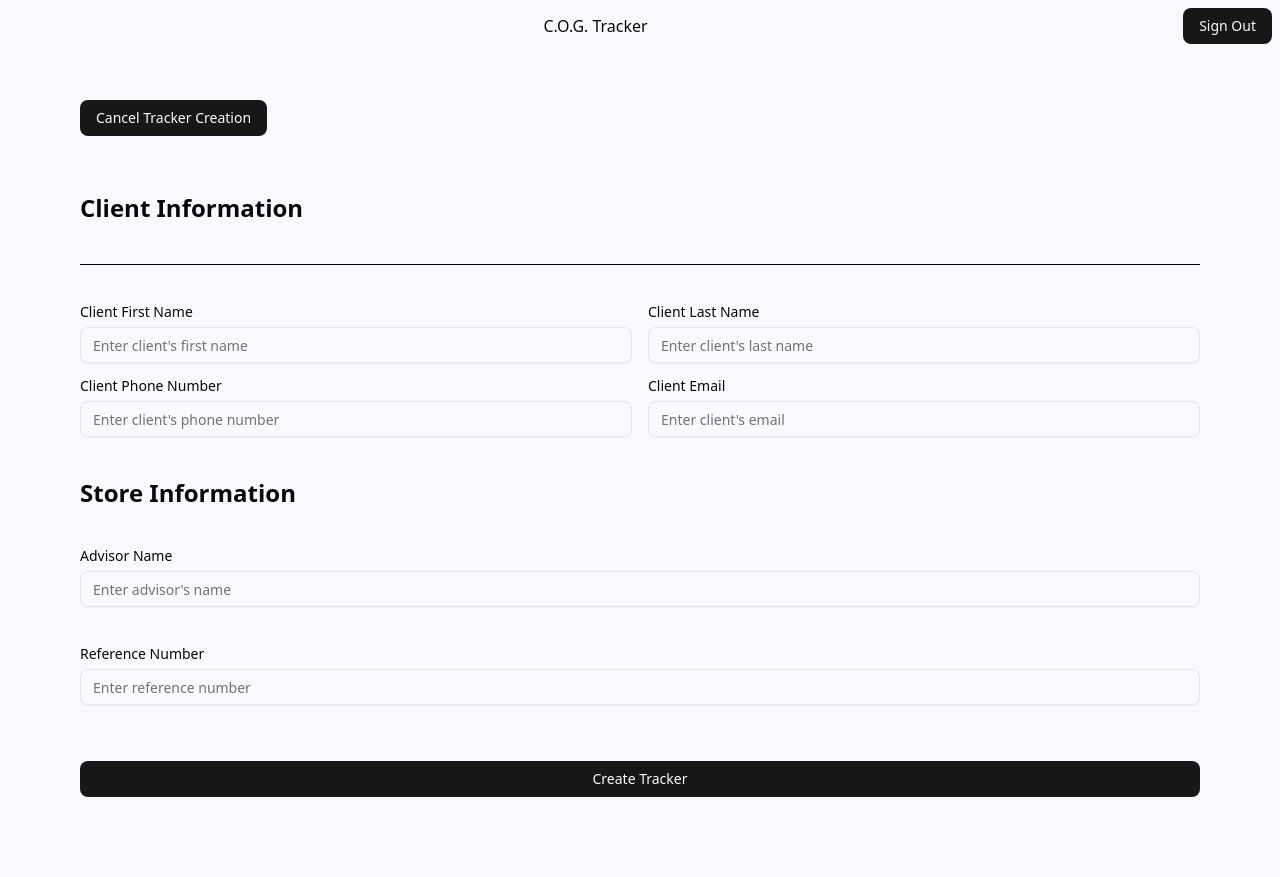
Repository: Renzo-Salosagcol/cog_tracker
Page: /dashboard/add-tracker
An editor plug-in stored every save of this project. The page is shown before and after the next save, followed by the edit.
The browser window is 1280 px wide. The pictures show the whole page.
The page's requests for data from a server got no answer. The project was rebuilt for these pictures with package versions that can differ from the ones it lists, and the page was loaded fresh each time. The framework's server and built-in components were replaced by stand-ins that run in the browser. No one was signed in, and anything a server would have sent is missing. Also part of the build but not shown: next.config.ts.

Above is the page before, as saved 2026-01-16 19:36:11.

After the next save:
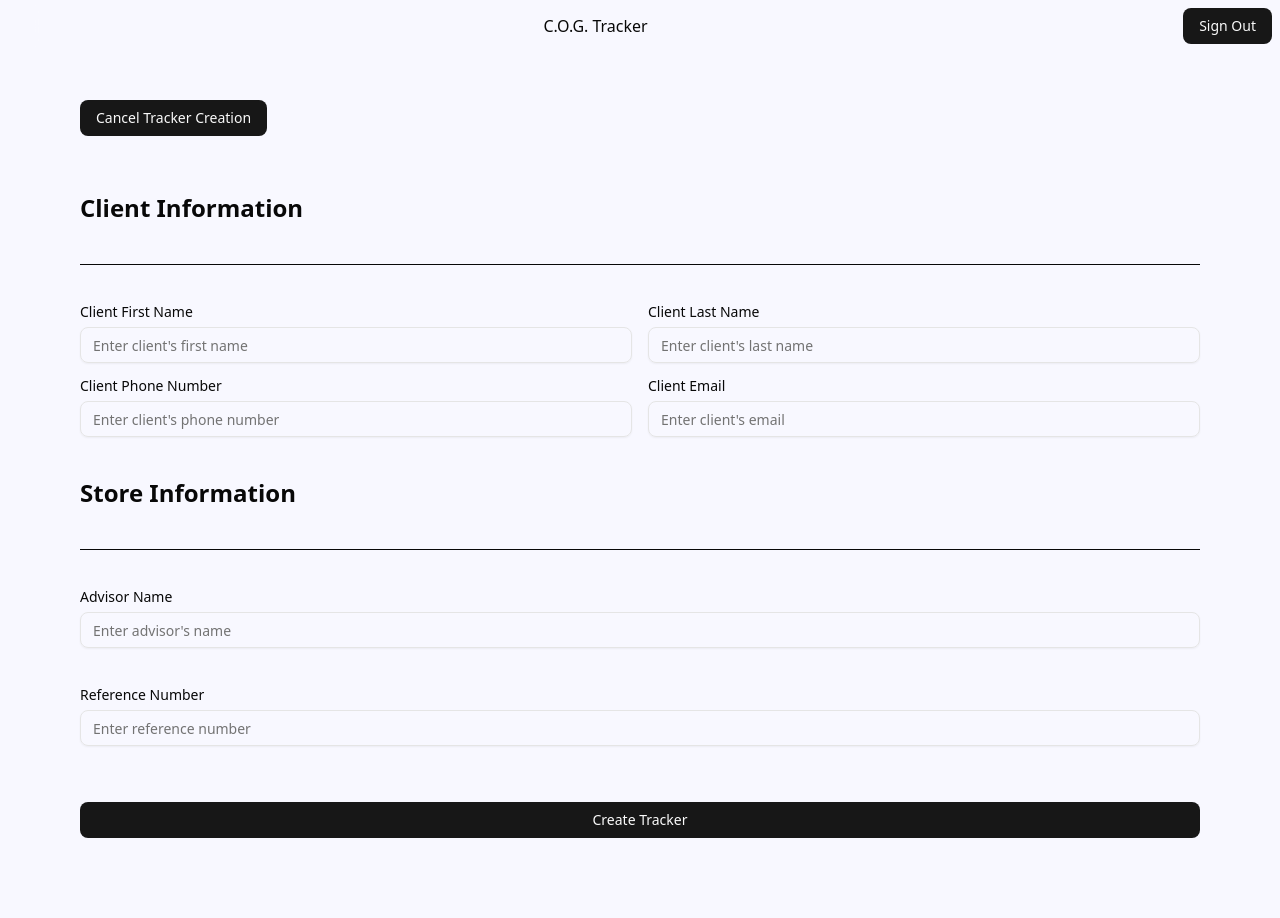
Saved 7 s later.
--- a/app/dashboard/add-tracker/page.tsx
+++ b/app/dashboard/add-tracker/page.tsx
@@ -165,6 +165,7 @@ export default function AddTrackerPage() {
             </div>
             <div className="flex flex-col gap-4 space-y-6 mt-10">
               <Label className="text-2xl font-bold">Store Information</Label>
+              <Separator className="space-y-4"/>
               <FormField
                 control={form.control}
                 name="advisor_name"
